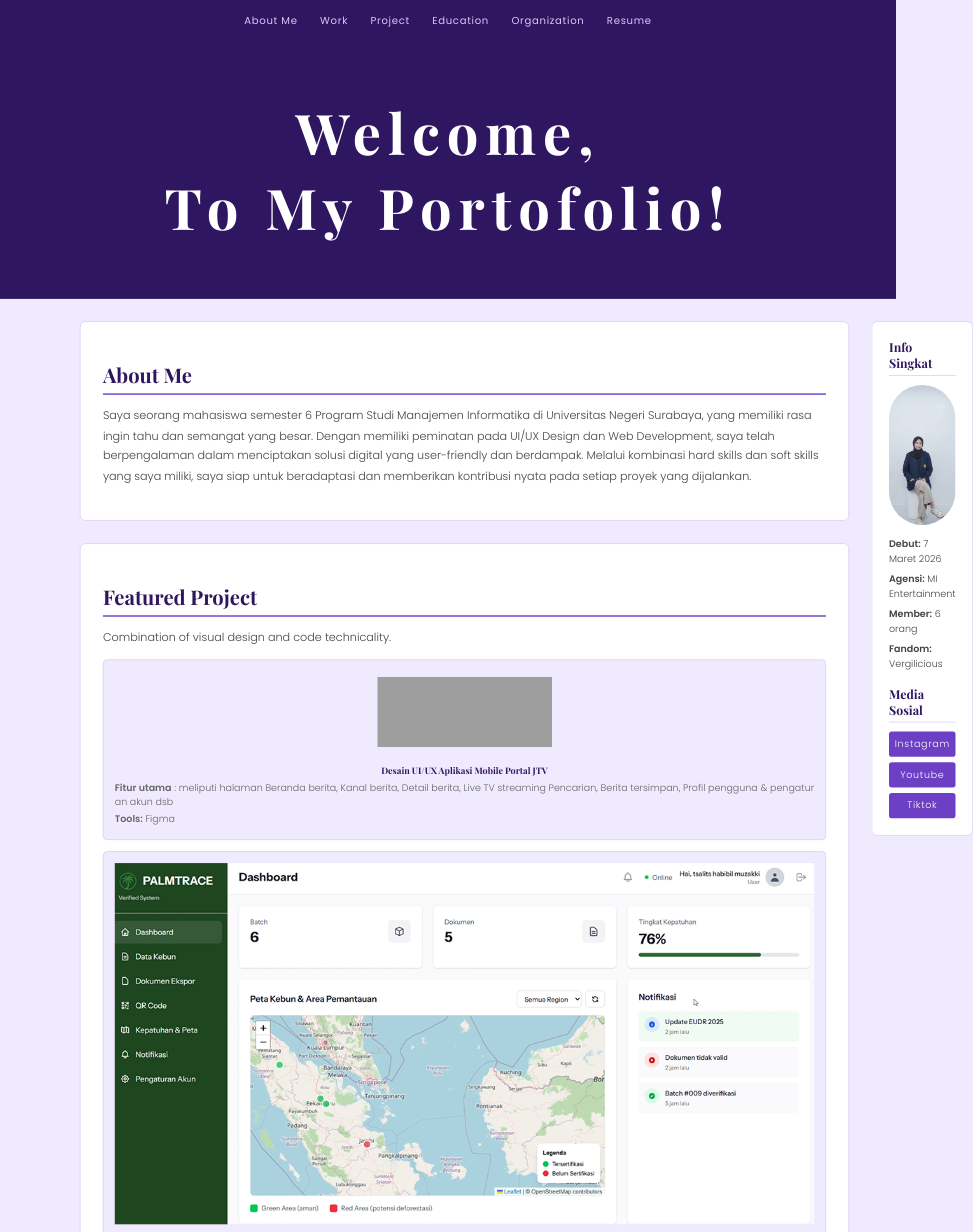
Repository: VergiMutiaRahmasyani/Website-Portofolio
Page: index.html
The author's editor kept a copy of each file at every save. The page is drawn from the files as they stood at one save, then again after a run of saves.
The browser window is 1280 px wide. The page is 1390 px wide, then 1280 px, so the pictures cover 1390 px, including what lies to the right of the window. The pictures show the part of the page from y = 0 to 1760 px (the page is 3369 px tall before and 2789 px after), at 70% of full size.
Pictures or frames that could not be fetched are drawn as grey boxes.

Above is the page before, as saved 2026-03-07 14:16:26.

After the next 5 saves:
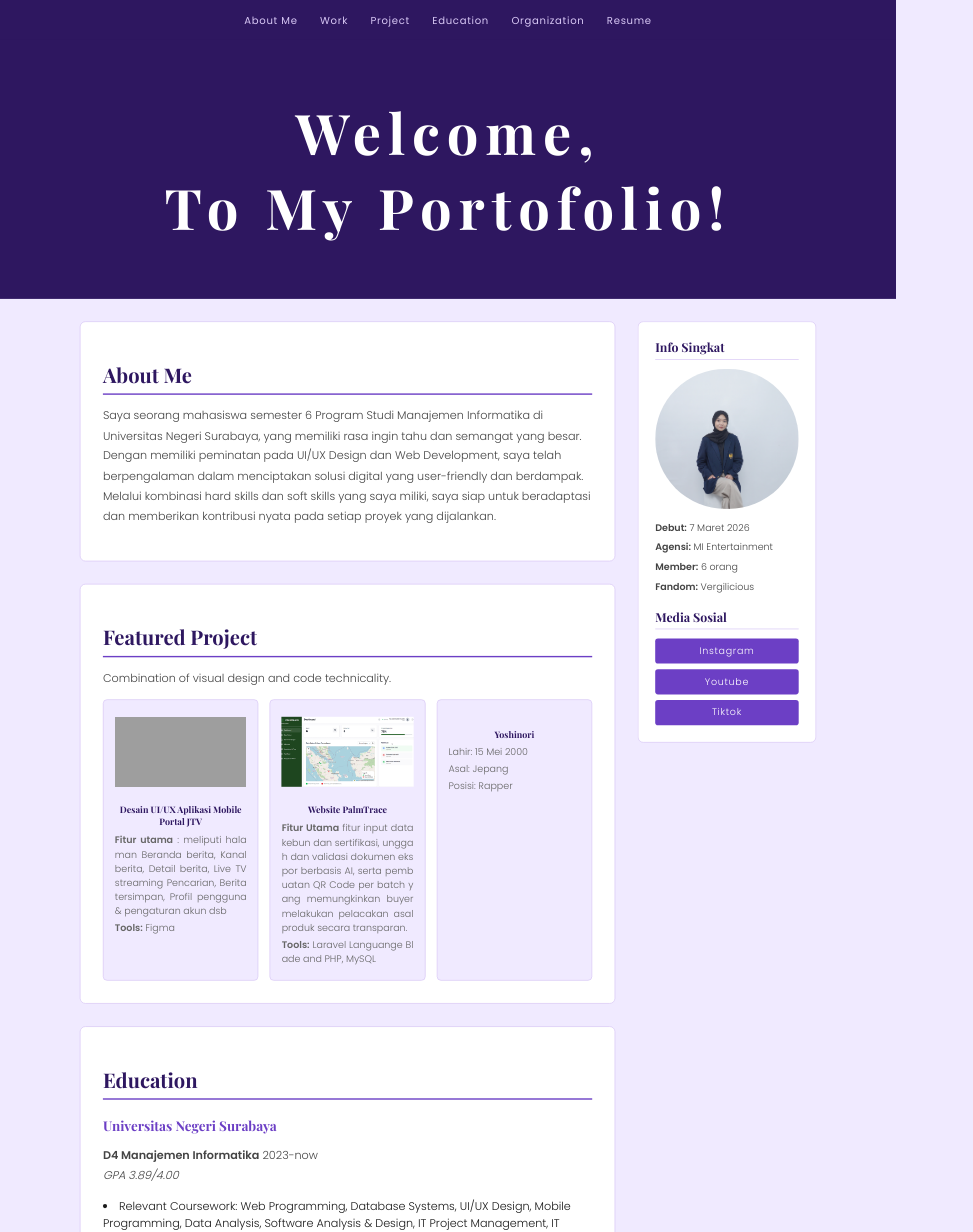
The 5 saves are shown as one change because they came seconds apart.
The last was saved 15 s later.
--- a/index.html
+++ b/index.html
@@ -71,7 +71,7 @@
                                 <p><strong>Tools:</strong> Figma</p>
                             </div>
                             <div class="project-card">
-                                <img src = "img/palmtrace website.png" alt="Palm Trace Website">
+                                <img src = "img/palmtrace website.png" alt="Palm Trace Website" class="project-img">
                                 <h3>Website PalmTrace</h3>
                                 <p><strong>Fitur Utama</strong>  fitur input data kebun dan sertifikasi, unggah dan validasi dokumen ekspor berbasis
                                     AI, serta pembuatan QR Code per batch yang memungkinkan buyer melakukan pelacakan asal
